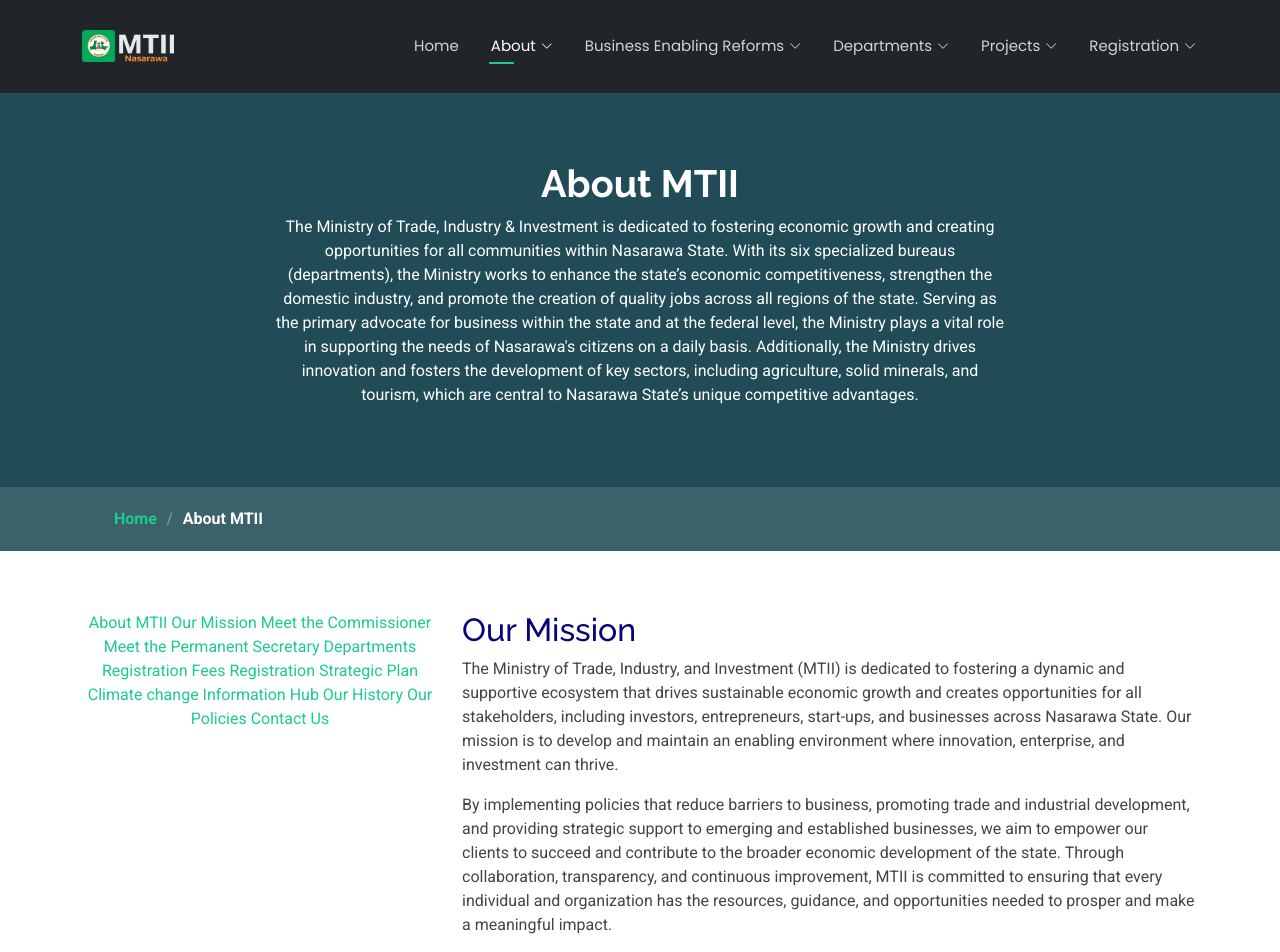
Repository: GlorifiedIntel/wamba-lgc
Page: about-wamba.html
These files come from the project's save history. The page is drawn as it stood at one moment and after the next save; the edit follows.
The browser window is 1280 px wide. The pictures show the part of the page from y = 0 to 952 px (the page is 3347 px tall).
A picture or video elsewhere on the page could not be fetched, so the positions and the page height are approximate.

Above is the page before, as saved 2025-02-06 01:13:12.
Console error: TypeError: Cannot read properties of null (reading 'click')

After the next save:
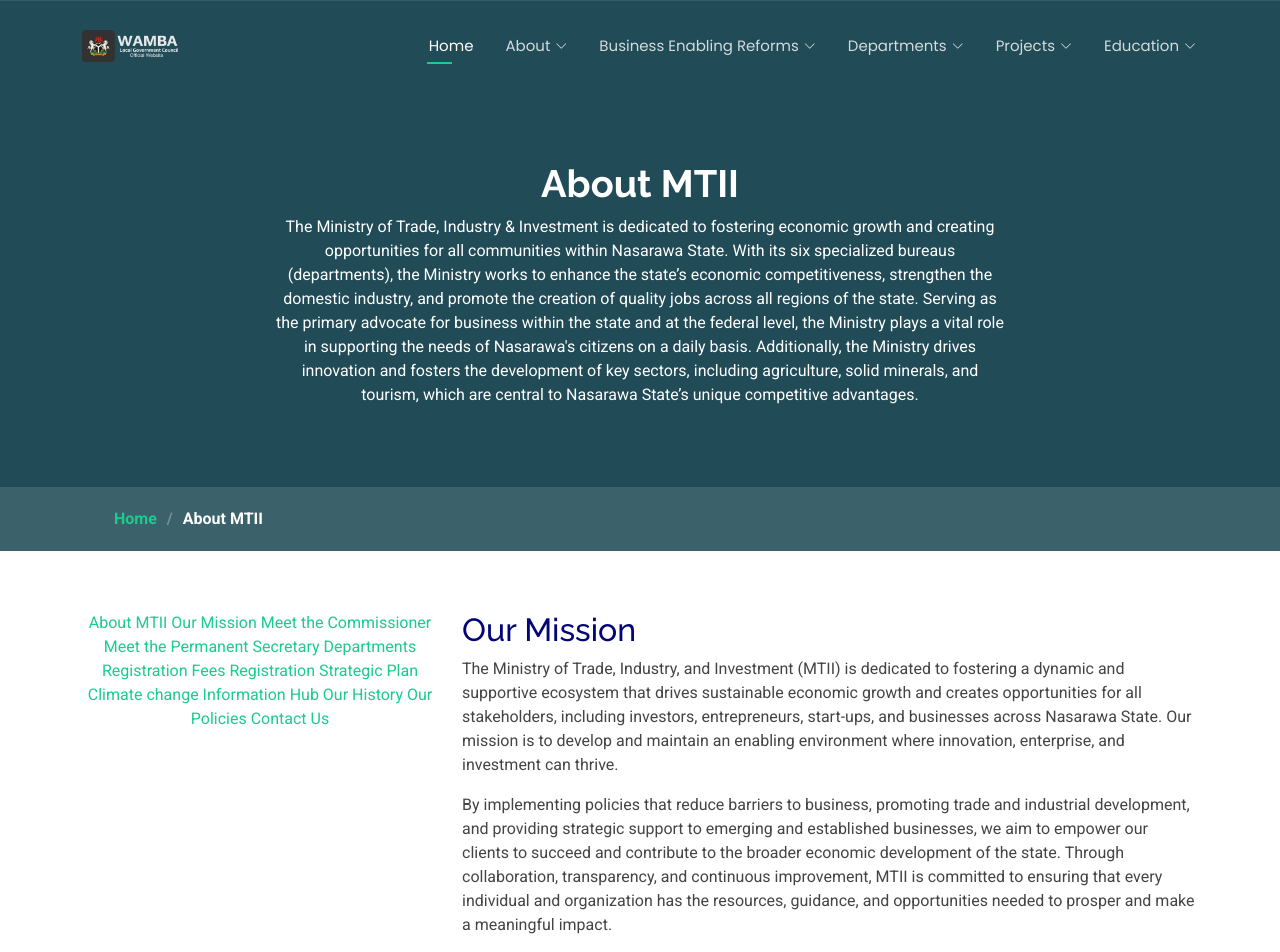
Saved 19 s later.
--- a/about-wamba.html
+++ b/about-wamba.html
@@ -8,8 +8,9 @@
   <meta name="format-detection" content="telephone=no">
   <meta name="apple-mobile-web-app-capable" content="yes">
   <meta name="author" content="Kevin Cross Minchakpu">
-  <meta name="keywords" content="MTII, Nasarawa, Industry, Trade, Investment, Entrepreneur">
-  <meta name="description" content="The Nasarawa State Ministry of Trade, Industry, and Investment promotes economic growth through trade, industrialization, and investment. It supports local industries, attracts investments, and fosters innovation to boost competitiveness and diversify the economy.">
+  <meta name="keywords" content="Wamba, Nasarawa, Industry, Trade, Investment, Entrepreneur">
+  <meta name="description" content="Wamba Local Government Council is one of the administrative divisions within Nasarawa State, Nigeria. It is located in the northern part of the state and is predominantly inhabited by diverse ethnic groups, including Rindre, and other indigenous communities.Wamba Local Government Council is one of the administrative divisions within Nasarawa State, Nigeria. It is located in the northern part of the state and is predominantly inhabited by diverse ethnic groups, including Rindre, and other indigenous communities.">
+  <title>Wamba Local Government Council</title>
 
   <!-- Favicons -->
   <link href="assets/img/favicon.png" rel="icon">
@@ -32,21 +33,22 @@
 </head>
 
 <body class="index-page">
-  <header id="header" class="header d-flex align-items-center fixed-top bg-dark">
+  <header id="header" class="header d-flex align-items-center fixed-top dark-background">
     <div class="container-fluid container-xl position-relative d-flex align-items-center justify-content-between">
       <a href="index.html" class="logo d-flex align-items-center">
-        <img src="assets/img/logo.png" alt="" >
+        <img src="assets/img/wamba-logo.png" alt="Wamba Logo" >
       </a>
       <nav id="navmenu" class="navmenu">
         <ul>
-          <li><a href="index.html">Home</a></li>
-          <li class="dropdown"><a href="about-mtii.html" class="active"><span>About</span> <i class="bi bi-chevron-down toggle-dropdown"></i></a>
-            <ul>
-              <li><a href="about-mtii.html">Nasarawa MTII</a></li>
-                  <li><a href="mtii-history.html">MTII History</a></li>
-                  <li><a href="the-commissioner.html" >The Commissioner</a></li>
-                  <li><a href="the-secretary.html" >The Permanent Secretary</a></li>
-                  <li><a href="directors.html" >Our Directors</a></li>
+          <li><a href="index.html" class="active">Home</a></li>
+          <li class="dropdown"><a href="about-mtii.html"><span>About</span> <i class="bi bi-chevron-down toggle-dropdown"></i></a>
+            <ul>
+              <li><a href="about-wamba.html">Wamba LGC</a></li>
+                  <li><a href="wamba-history.html">Wamba History</a></li>
+                  <li><a href="the-chairman.html" >The Executive Chairman</a></li>
+                  <li><a href="the-deputy.html" >The Deputy Chairman</a></li>
+                  <li><a href="the-secretary.html" >The Secretary</a></li>
+                  <li><a href="directors.html" >Our Legislators</a></li>
                   <li><a href="contact-us.html" >Our Contact</a></li>
             </ul>
           </li>
@@ -58,17 +60,26 @@
                   <li><a href="application-guidelines.html" >Application Guidelines</a></li>
                   <li><a href="legal-framework.html" >Legal Framework</a></li>
                   <li><a href="investment-opportunities.html" >Investment Opportunities</a></li>
-            </ul>
+              </ul>
           </li>
 
           <li class="dropdown"><a href="departments.html"><span>Departments</span> <i class="bi bi-chevron-down toggle-dropdown"></i></a>
             <ul>
-              <li><a href="admin.html">Administration & Supply</a></li>
-              <li><a href="cooperative.html">Cooperative & Thrift</a></li>
-              <li><a href="finance.html">Finance & Account</a></li>
-              <li><a href="investment.html">Industry & Investment</a></li>
-              <li><a href="planning.html">Planning/Research/Statistics</a></li>
-              <li><a href="trade.html">Trade</a></li>
+              <li><a href="admin.html">Administration</a></li>
+              <li><a href="agriculture.html">Agriculture and Natural Resources</a></li>
+              <li><a href="education.html">Education</a></li>
+              <li><a href="environment.html">Environmental Services</a></li>
+              <li><a href="finance.html">Finance and Accounts</a></li>
+              <li><a href="health.html">Health</a></li>
+              <li><a href="information.html">Information and Public Relations</a></li>
+              <li><a href="internal-audit.html">Internal Audit</a></li>
+              <li><a href="legal.html">Legal</a></li>
+              <li><a href="planning.html">Planning, Research, and Statistics</a></li>
+              <li><a href="revenue.html">Revenue</a></li>
+              <li><a href="finance.html">Social Services and Community Development</a></li>
+              <li><a href="works.html">Works and Housing</a></li>
+              <li><a href="youth-sports.html">Youth and Sports</a></li>
+
             </ul>
           </li>
 
@@ -80,12 +91,12 @@
             </ul>
           </li>
 
-          <li class="dropdown"><a href="registration.html"><span>Registration</span> <i class="bi bi-chevron-down toggle-dropdown"></i></a>
-            <ul>
-              <li><a href="howtoregister.html">How To Register</a></li>
-                  <li><a href="online-registration.html">Online Registration</a></li>
-                  <li><a href="businame-name.html" >Business Name Registration</a></li>
-                  <li><a href="business-premises.html" >Business Premises Registration</a></li>
+          <li class="dropdown"><a href="registration.html"><span>Education</span> <i class="bi bi-chevron-down toggle-dropdown"></i></a>
+            <ul>
+              <li><a href="ubec.html">UBEC</a></li>
+                  <li><a href="secondary-schools.html">Secondary Schools</a></li>
+                  <li><a href="private-schools.html" >Private Schools</a></li>
+                  <li><a href="relevant-tech.html" >Relevant Technology</a></li>
                   <li><a href="faqs.html" >FAQs</a></li>
             </ul>
           </li>
